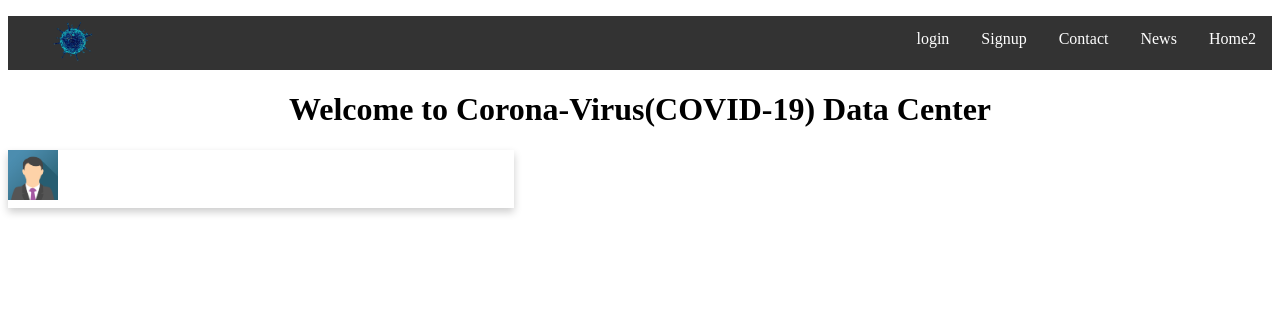
Repository: xthashankar/COVID-19-data-
Page: news.html
These files come from the project's save history. The page is drawn as it stood at one moment and after the next save; the edit follows.
The browser window is 1280 px wide. The pictures show the whole page.
The page's requests for data from a server got no answer.

Above is the page before, as saved 2020-04-10 16:40:15.

After the next save:
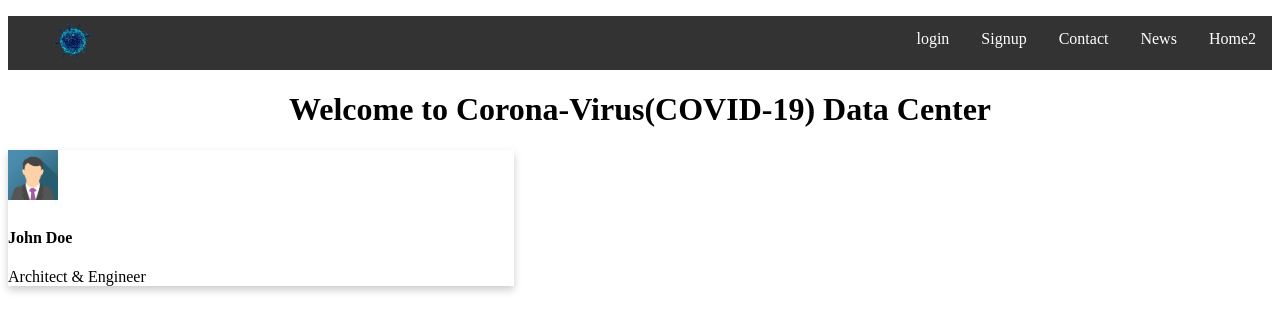
Saved 2 min 43 s later.
--- a/news.html
+++ b/news.html
@@ -21,7 +21,7 @@
 
     <div class="card">
         <img src="image/img_avatar.png" alt="Avatar" style="width:50px;height:50px;">
-        <div class="container
+        <div class="container"></div>
           <h4><b>John Doe</b></h4>
           <p>Architect & Engineer</p>
         </div>
